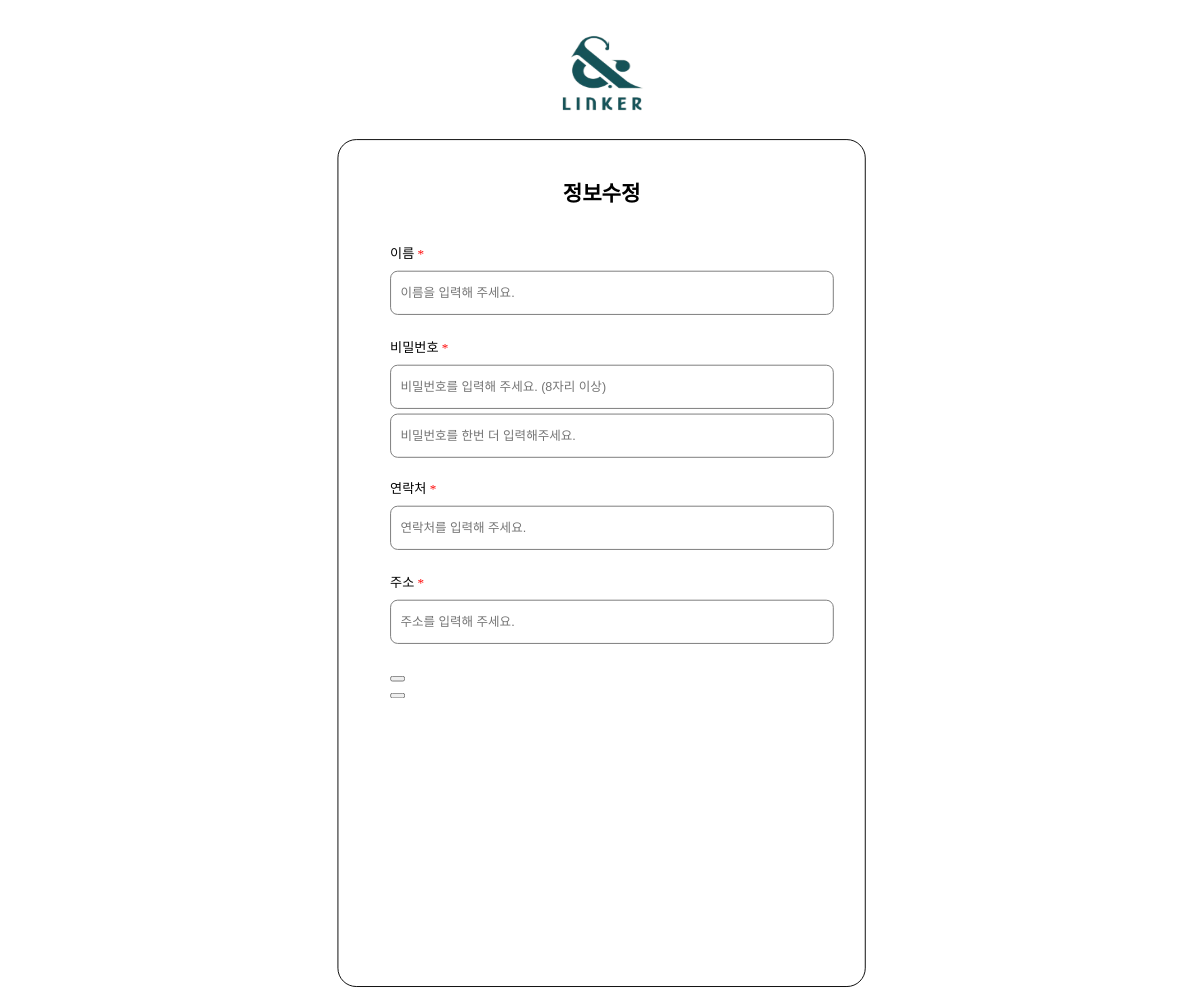
Repository: soomseting/let_me_go
Page: http://localhost/LINKER_re/jsp/main/user_update.jsp
The author's editor kept a copy of each file at every save. The page is drawn from the files as they stood at one save, then again after the next save.
The browser window is 1280 px wide. The pictures show the whole page, at 94% of full size.
The page is served by Tomcat 9.

Above is the page before, as saved 2025-03-24 08:09:37.
Console error: TypeError: Cannot set properties of null (setting 'onclick')

After the next save:
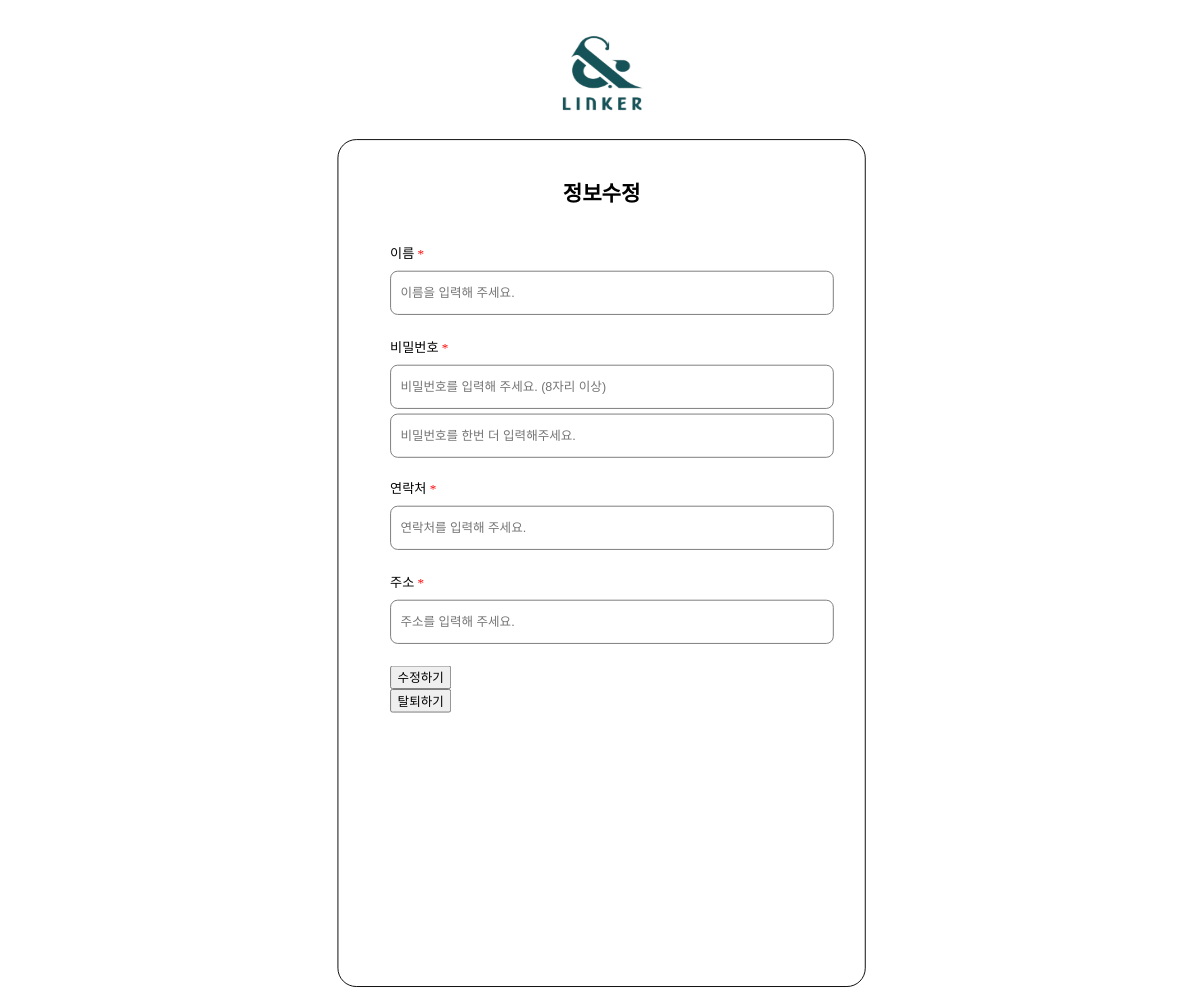
Saved 10 s later.
--- a/LINKER_re/src/main/webapp/jsp/main/user_update.jsp
+++ b/LINKER_re/src/main/webapp/jsp/main/user_update.jsp
@@ -42,9 +42,9 @@
                     </div>
                     <div class="su_con_box su_con_for">
                         <!-- 수정하기 버튼 -->
-                        <div class="su_input sui1"><button type="button" id="update" onclick="" ></button></div>
+                        <div class="su_input sui1"><button type="button" id="update" onclick="" >수정하기</button></div>
                         <!-- 탈퇴하기 버튼 -->
-                        <div class="su_input sui2"><button type="button" id="delete" onclick="" ></button></div>
+                        <div class="su_input sui2"><button type="button" id="delete" onclick="" >탈퇴하기</button></div>
                     </div>
                     <!-- button변경 후 js로 action 각각 설정 controller에서 각각 설정 -->
                 </div>
